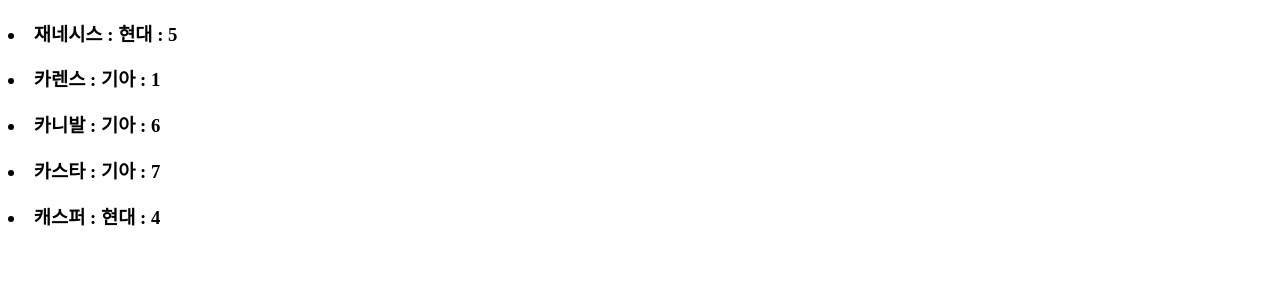
Repository: tjdwlsl/jspstudy
Page: http://localhost/JQuery_Ajax/02_ajax/ex02/ex04.jsp
The author's editor kept a copy of each file at every save. The page is drawn from the files as they stood at one save, then again after the next save.
The browser window is 1280 px wide. The pictures show the whole page.
The page is served by Tomcat 9.

Above is the page before, as saved 2023-07-20 08:34:43.

After the next save:
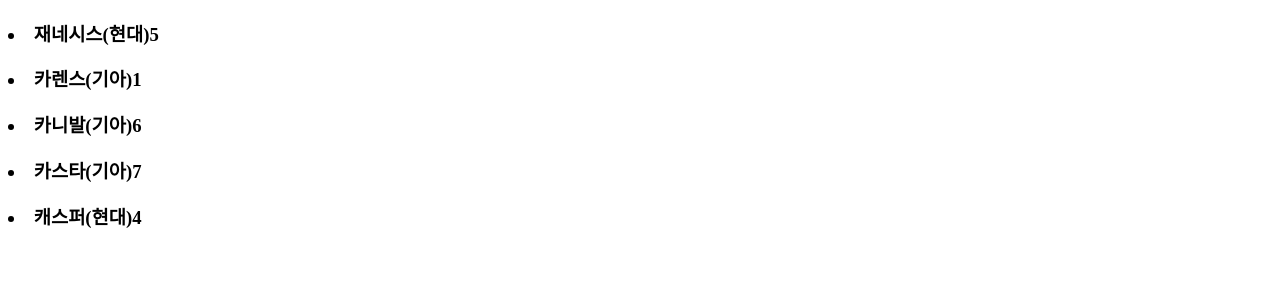
Saved 15 s later.
--- a/JQuery_Ajax/src/main/webapp/02_ajax/ex02/ex04.jsp
+++ b/JQuery_Ajax/src/main/webapp/02_ajax/ex02/ex04.jsp
@@ -28,7 +28,7 @@
 					var qwe = product[i].childNodes[0].nodeValue;
 
 					document.body.innerHTML
-					+= "<h3><li>" +name+ " : " + qwe + " : " + count + "</li></h3>"
+					+= "<h3><li>" +name+ "(" + qwe + ")" + count + "</li></h3>"
 				}
 			}
 		}
